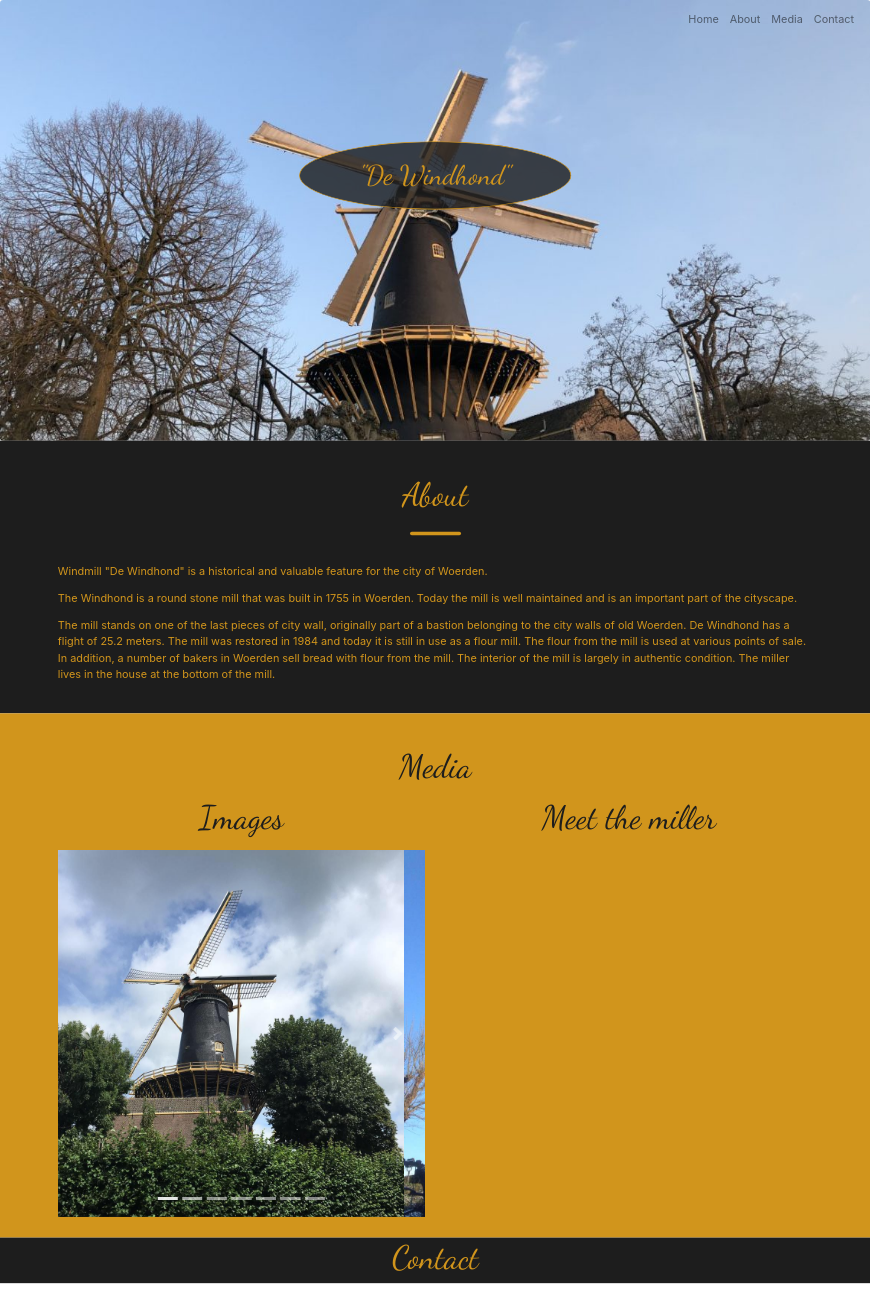
Repository: jdl208/DeWindhond
Page: index.html
The author's editor kept a record of every edit. The page is drawn from the files as they stood at one moment, then again after the next edit.
The browser window is 1280 px wide. The pictures show the whole page, at 68% of full size.
Pictures or frames that could not be fetched are drawn as grey boxes. Some web libraries are served in a nearby version.

Above is the page before.

After the next edit:
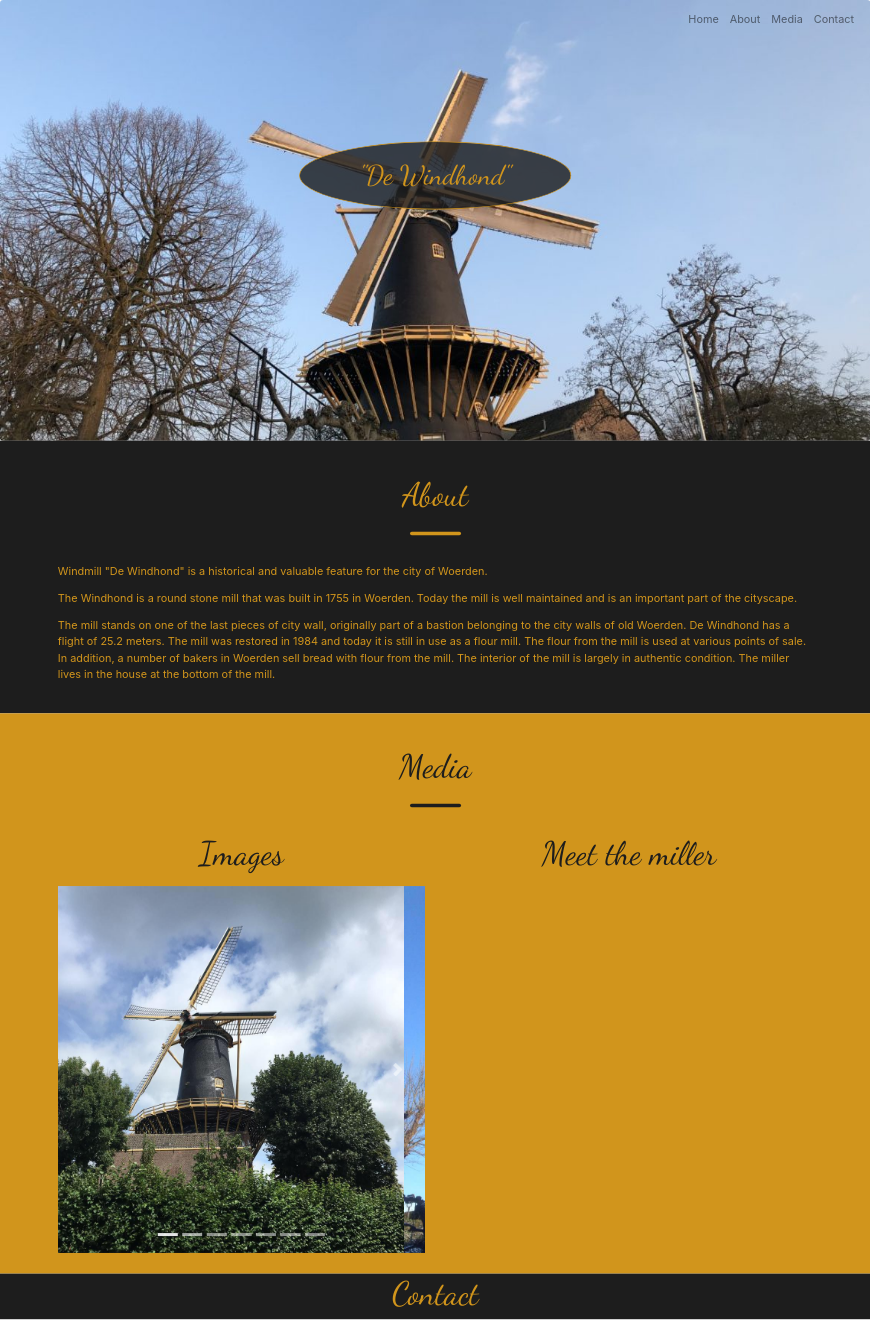
The edit:
--- a/index.html
+++ b/index.html
@@ -62,6 +62,7 @@
     <section id="media" class="sectioncontainer light-bg mediabox">
         <div class="container ">
             <H2>Media</H2>
+            <hr class="block-divider dark-divider">
             <div class="row">
                 <div class="col-md-6 imagebox">
                     <h3>Images</h3>
